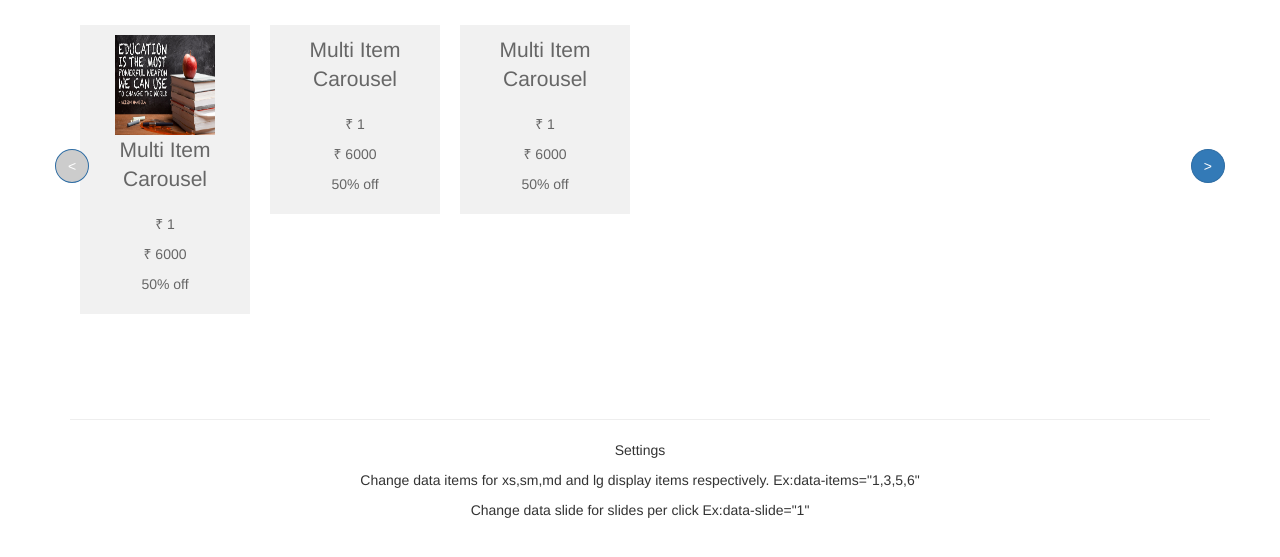
Repository: isranivishal/TsecCodestorm
Page: slider.html
The author's editor kept a copy of each file at every save. The page is drawn from the files as they stood at one save, then again after the next save.
The browser window is 1280 px wide. The pictures show the whole page.
Some web libraries are served in a nearby version.

Above is the page before, as saved 2018-09-21 17:17:01.

After the next save:
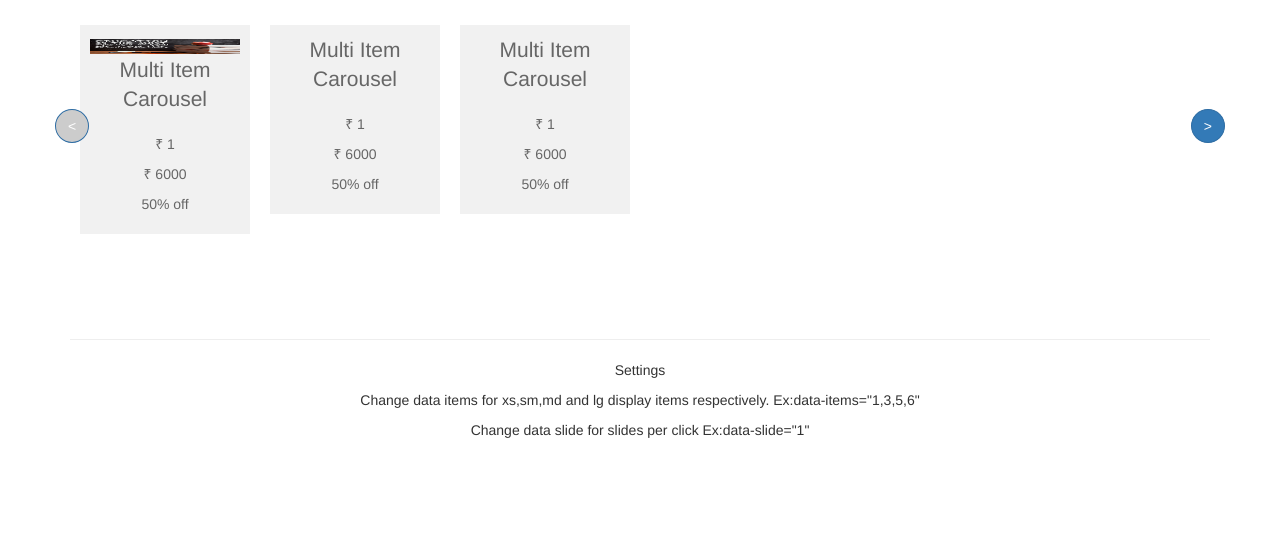
Saved 46 s later.
--- a/slider.html
+++ b/slider.html
@@ -141,7 +141,7 @@
                             <div class="MultiCarousel-inner">
                                 <div class="item">
                                     <div class="pad15">
-                                    <img src="education.jpg" style="width:100px; height: 100px"></img>
+                                    <img src="education.jpg" style="width:150px; height: 15px"></img>
                                         <p class="lead">Multi Item Carousel</p>
                                         <p>₹ 1</p>
                                         <p>₹ 6000</p>
